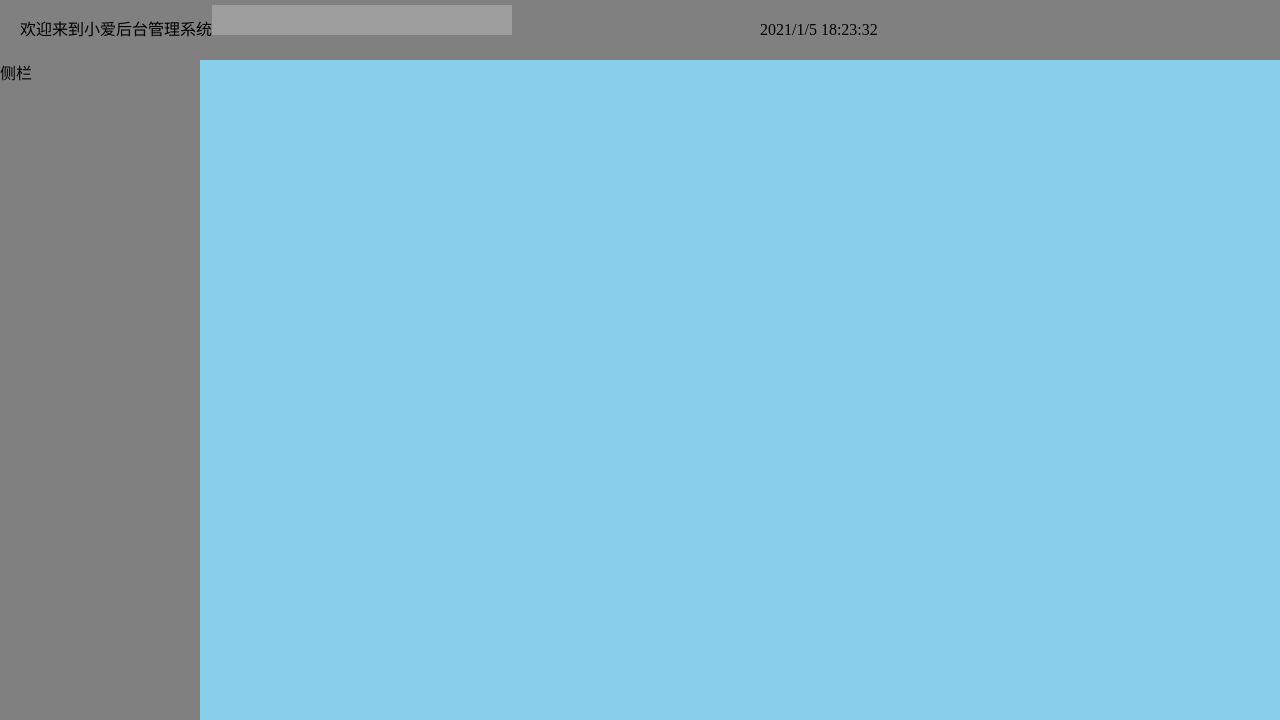
Repository: heyegang/vuex
Page: /
An editor plug-in stored every save of this project. The page is shown before and after the next save, followed by the edit.
The browser window is 1280 px wide. The pictures show the whole page.
Pictures or frames that could not be fetched are drawn as grey boxes. The project was rebuilt for these pictures with package versions that can differ from the ones it lists, and the page was loaded fresh each time. Also part of the build but not shown: vue.config.js.

Above is the page before, as saved 2021-01-06 13:24:05.

### src/main.js
import Vue from "vue";
import App from "./App.vue";
import router from "./router";
import store from "./store";
import ElementUI from "element-ui";
import "element-ui/lib/theme-chalk/index.css"

Vue.use(ElementUI)
Vue.config.productionTip = false;

new Vue({
  router,
  store,
  render: h => h(App)
}).$mount("#app");

### src/App.vue
<template>
  <div id="app">
    <router-view />
  </div>
</template>

<style lang="scss">
*{
  margin: 0;
  padding: 0;
}
html,body,#app{
  height: 100%;
}
</style>

### src/router/index.js
import Vue from "vue";
import VueRouter from "vue-router";
import Home from "../views/Home.vue";
import Layout from "../views/layout/Layout.vue";

Vue.use(VueRouter);

const routes = [{
   path:"",
  component:Layout,
  children:[{
    path: "/",
    name: "Home",
    component: Home
  },

  ]},
  {
    path: "/login",
    name: "login",
    component: () => import('../views/login/Login.vue')
  },
];

const router = new VueRouter({
  mode: "history",
  base: process.env.BASE_URL,
  routes
});

export default router;

### src/store/index.js
import Vue from "vue";
import Vuex from "vuex";
import user from "./user"

Vue.use(Vuex);

export default new Vuex.Store({
  state: {
    // 存放数据
  },
  mutations: {
    // 同步修改state
  },
  actions: {},
  modules: {
    // 代表模块
    user
  }
});

### src/views/Home.vue
<template>
  <div></div>
</template>

<script>
export default {
  name: '',
  props:{},
  data () {
    return {
    }
  },
  components: {},
  methods: {},
  mounted() {},
  computed: {},
  watch: {}
}
</script>

<style lang='scss' scoped>

</style>

### src/views/layout/Layout.vue
<template>
    <div>
        <el-container>
        <el-header>
            <nav-header></nav-header>
        </el-header>
        <el-container>
            <el-aside width="200px">
                <nav-sidebar></nav-sidebar>
            </el-aside>
            <el-main>
                <router-view></router-view>
            </el-main>
        </el-container>
        </el-container>
    </div>
</template>

<script>
import NavHeader from "../../components/navheader/NavHeader"
import NavSidebar from "../../components/navsidebar/NavSidebar"
export default {
  name: '',
  props:{},
  data () {
    return {
    }
  },
  components: {
      NavHeader,
      NavSidebar,
  },
  methods: {},
  mounted() {},
  computed: {},
  watch: {}
}
</script>

<style lang='scss' scoped>
  .el-header, .el-footer {
    line-height: 60px;
    background-color: gray;
  }

  .el-aside {
    position: fixed;
    top: 60px;
    bottom: 0;
    background-color: gray;
  }

  .el-main {
    position: fixed;
    bottom: 0;
    right: 0;
    top: 60px;
    left: 200px;
    background-color: skyblue;


  }

  body > .el-container {
    margin-bottom: 40px;
  }

  .el-container:nth-child(5) .el-aside,
  .el-container:nth-child(6) .el-aside {
    line-height: 260px;
  }

  .el-container:nth-child(7) .el-aside {
    line-height: 320px;
  }
</style>

### src/store/user.js
import { Message } from "element-ui";
import api from '../http/api';
import router from '../router'

export default {
    namespaced:true,
    // 开启命名空间

    state: {
        // 存放数据
        users:[]
      },
      mutations: {
        // 同步修改state
        setUsers(state,data){
            state.user = data
        }
      },
      actions: {
        //   发请求
        // 所有的方法
        // 登录 每一个action的方法都有两个参数 第一个是store 第二个是请求的参数
        // store可以解构为commit dispatch(提交另外一个action)
        async login(_,params){
            let res = await api.login(params)
            if(res.meta.status === 200){
                // 请求成功 存用户 跳转路由 提示用户
                localStorage.setItem('user', JSON.stringify(res.data))
                localStorage.setItem('token', res.data.token)
                Message.success('登录成功')
                router.push('/')
            } else {
                Message.error(res.meta.msg)
            }
        },
        async getUsers({commit},params){
            let res = await api.getUsers(params)
            if(res.meta.status === 200) {
                commit('setUsers',res.data)
            }else {
                Message.error(res.meta.msg)
            }
        }
      },
}

### src/components/navheader/NavHeader.vue
<template>
  <div class="top">
      <div>
          欢迎来到小爱后台管理系统
      </div>
      <div class="box">
          {{times}}
      </div>
      <div>
          <div class="weather"><iframe scrolling="no" src="https://tianqiapi.com/api.php?style=yd&skin=pitaya" frameborder="0" width="100%" height="30" allowtransparency="true"></iframe></div>
    <!--获取天气-->
      </div>
  </div>
</template>

<script>
export default {
  name: '',
  props:{},
  data () {
    return {
      times:'',//格式化之后的当前时间
      currentTime: new Date() //当前时间
    }
  },
  components: {},
  methods: {
    getTimes(){
      setInterval(this.getTimesInterval, 1000);
    },
    getTimesInterval:function() {
      let _this = this;
      let year = new Date().getFullYear(); //获取当前时间的年份
      let month = new Date().getMonth() + 1; //获取当前时间的月份
      let day = new Date().getDate(); //获取当前时间的天数
      let hours = new Date().getHours(); //获取当前时间的小时
      let minutes = new Date().getMinutes(); //获取当前时间的分数
      let seconds = new Date().getSeconds(); //获取当前时间的秒数
      let hello = "";
      //当小于 10 的是时候，在前面加 0
      if (hours < 10) {
        hours = "0" + hours;
      }
      if (minutes < 10) {
        minutes = "0" + minutes;
      }
      if (seconds < 10) {
        seconds = "0" + seconds;
      }
      //一天中的时间
      if (hours > 6 && hours <13){
          hello = "上午";
      }
      if (hours > 13 && hours <18){
          hello = "下午";
      }
      if (hours > 18 && hours <24){
          hello = "晚上";
      }
      if (hours >0 && hours < 6){
          hello = "凌晨";
      }
      //拼接格式化当前时间
      _this.times = year + "/" + month + "/" + day + " " +hello+ hours + ":" + minutes + ":" + seconds;
    },
  },
  mounted() {
    this.getTimes()
  },
  computed: {},
  watch: {},
}
</script>

<style lang='scss' scoped>
.top{
    display: flex;
    position: relative;
}
.box{
    width: 200px;
    position: absolute;
    right: 300px;
}
</style>

### src/components/navsidebar/NavSidebar.vue
<template>
  <div>
      侧栏
  </div>
</template>

<script>
export default {
  name: '',
  props:{},
  data () {
    return {
    }
  },
  components: {},
  methods: {},
  mounted() {},
  computed: {},
  watch: {}
}
</script>

<style lang='scss' scoped>

</style>

### src/http/api.js
import http from './index'

export default{
     login({username,password}){
        return http.post('/login',{
            username,
            password
        })
     },
     getUsers({pagenum,pagesize,query}){
         if(query){
             return http.get(`/users?pagenum=${pagenum}&pagesize=${pagesize}&query=${query}`)
         } else {
             return http.get(`/users?pagenum=${pagenum}&pagesize=${pagesize}`)
         }

     },
}

### src/http/index.js
import axios from 'axios'
import nprogress from 'nprogress'
import 'nprogress/nprogress.css'
import {Message} from 'element-ui'

// 需要区分当前环境是开发环境(development)还是生产环境(production)
let isPro = process.env.NODE_ENV === 'productin'

const http = axios.create({
    baseURL: isPro ? '线上接口路径':'/api',
    timeout:10000
})

// 请求拦截
http.interceptors.request.use(config =>{
    nprogress.start()
    // 配置token token是鉴权的一种方式
    // 在登陆成功后 会返回当前用户的token 存在本地
    // 可用（百度：js加密插件）加密插件加密token
    let token = localStorage.getItem('token')
    // 账号密码和token分开存
    if(token){
        config.headers.Authorization = token
    }
    return config
},err =>{
    nprogress.done()
    return Promise.reject(err)
})

// 响应拦截
http.interceptors.response.use(res => {
    nprogress.done()
    return res.data
},err => {

    // 请求失败
    let status = err.response && err.response.status
    // 状态码
    if (status === 400) {
        Message.error('参数错误')
    }
    if (status === 401) {
        Message.error('没有权限')
    }
    if (status === 403) {
        Message.error('登录过期')
    }
    if (status === 404) {
        Message.error('路径错误')
    }
    if (status === 500) {
        Message.error('服务器错误')
    }
    if (status === 403) {
        Message.error('服务器在维护')
    }
    return Promise.reject(err)
})


export default http

Loaded but not shown: public/index.html (common file)

After the next save:
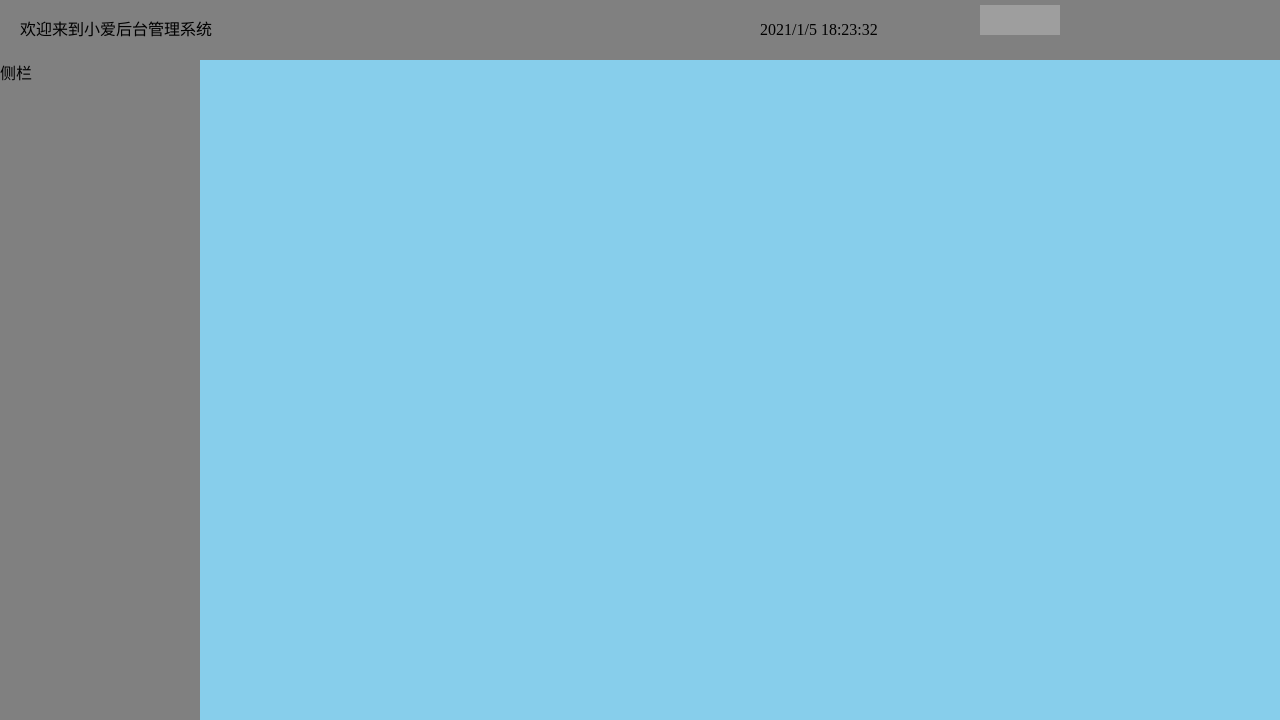
Saved 16 min 40 s later.
--- a/src/components/navheader/NavHeader.vue
+++ b/src/components/navheader/NavHeader.vue
@@ -6,7 +6,7 @@
       <div class="box">
           {{times}}
       </div>
-      <div>
+      <div class="weather">
           <div class="weather"><iframe scrolling="no" src="https://tianqiapi.com/api.php?style=yd&skin=pitaya" frameborder="0" width="100%" height="30" allowtransparency="true"></iframe></div>
     <!--获取天气-->
       </div>
@@ -82,4 +82,9 @@ export default {
     position: absolute;
     right: 300px;
 }
+.weather{
+    width: 80px;
+    position: absolute;
+    right: 100px;
+}
 </style>
